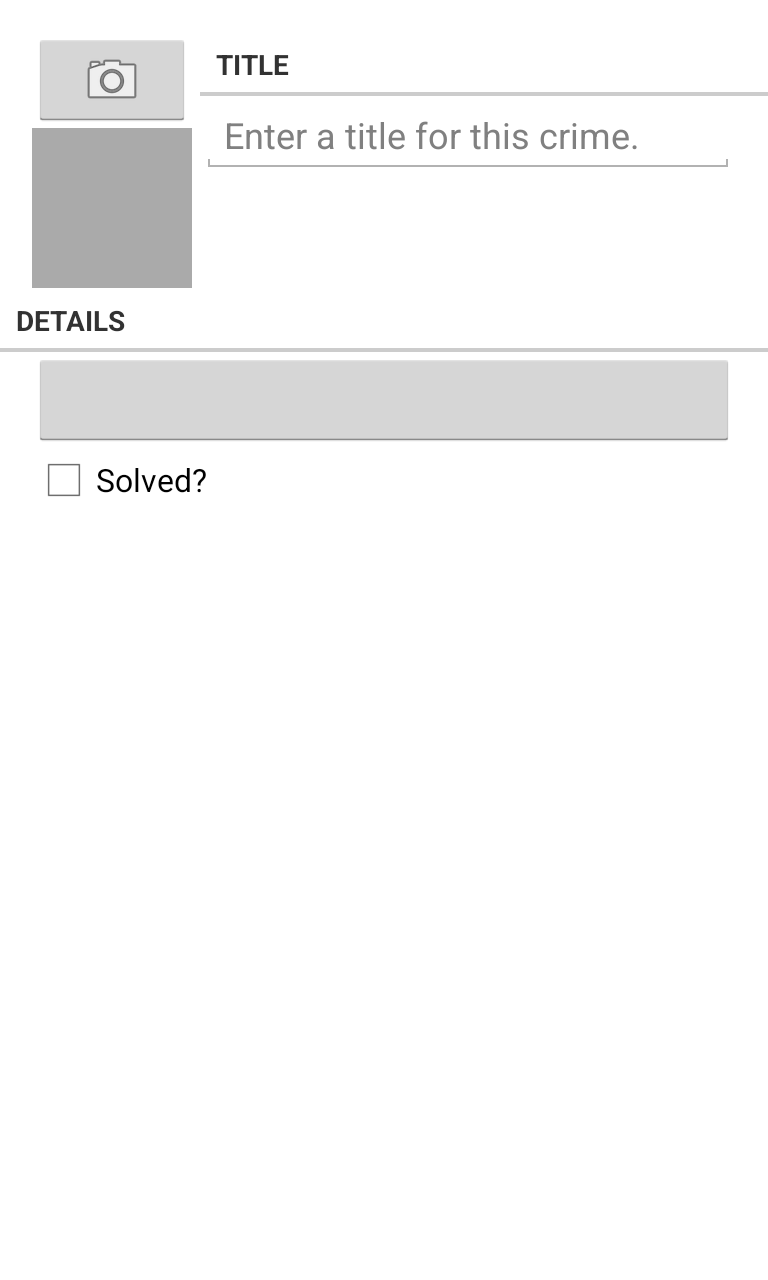
Repository: DaleJulian/CriminalIntent
Layout: CriminalIntent/res/layout/fragment_crime.xml
These files come from the project's save history. The layout is drawn as it stood at one moment and after the next save; the edit follows.
It is drawn on a 768 x 1280 px phone screen (xhdpi) without system bars, with theme AppTheme; the app's code is not run.

Above is the layout before, as saved 2015-06-01 09:05:47.

### CriminalIntent/res/layout/fragment_crime.xml
<?xml version="1.0" encoding="utf-8"?>
<LinearLayout xmlns:android="http://schemas.android.com/apk/res/android"
  android:layout_width="match_parent"
  android:layout_height="wrap_content"
  android:orientation="vertical"
  >
  <LinearLayout
    android:layout_width="fill_parent"
    android:layout_height="wrap_content"
    android:layout_marginLeft="16dp"
    android:layout_marginTop="16dp"
    >
    <LinearLayout
      android:layout_width="wrap_content"
      android:layout_height="wrap_content"
      android:orientation="vertical"
      android:layout_marginRight="4dp"
      >
      <ImageButton android:id="@+id/crime_imageButton"
        android:layout_width="match_parent"
        android:layout_height="wrap_content"
        android:src="@android:drawable/ic_menu_camera"
        />
       <ImageView
        android:id="@+id/crime_imageView"
        android:layout_width="80dp"
        android:layout_height="80dp"
		android:scaleType="centerInside"
		android:background="@android:color/darker_gray"
	    android:cropToPadding="true"></ImageView>
    </LinearLayout>
    <LinearLayout
      android:layout_width="wrap_content"
      android:layout_height="wrap_content"
      android:orientation="vertical"
      android:layout_weight="1"
      >
      <TextView
        android:layout_width="match_parent"
        android:layout_height="wrap_content"
        android:text="@string/crime_title_label"
        style="?android:listSeparatorTextViewStyle"
        />
      <EditText android:id="@+id/crime_title"
        android:layout_width="match_parent"
        android:layout_height="wrap_content"
        android:layout_marginRight="16dp"
        android:hint="@string/crime_title_hint"
        />
    </LinearLayout>
  </LinearLayout>
  <TextView
    android:layout_width="match_parent"
    android:layout_height="wrap_content"
    android:text="@string/crime_details_label"
    style="?android:listSeparatorTextViewStyle"
    />
  <Button android:id="@+id/crime_date"
    android:layout_width="match_parent"
    android:layout_height="wrap_content"
    android:layout_marginLeft="16dp"
    android:layout_marginRight="16dp"
    />
  <CheckBox android:id="@+id/crime_solved"
    android:layout_width="match_parent"
    android:layout_height="wrap_content"
    android:layout_marginLeft="16dp"
    android:layout_marginRight="16dp"
    android:text="@string/crime_solved_label"
    />
</LinearLayout>

### CriminalIntent/res/values/strings.xml
<?xml version="1.0" encoding="utf-8"?>
<resources>

  <string name="app_name">CriminalIntent</string>
  <string name="crime_title_hint">Enter a title for this crime.</string>
  <string name="crime_title_label">Title</string>
  <string name="crime_details_label">Details</string>
  <string name="crime_solved_label">Solved?</string>
  <string name="date_picker_title">Date of crime:</string>
  <string name="crimes_title">Crimes</string>
  <string name="new_crime">New Crime</string>
  <string name="show_subtitle">Show Subtitle</string>
  <string name="hide_subtitle">Hide Subtitle</string>
  <string name="subtitle">Sometimes tolerance is not a virtue.</string>
  <string name="delete_crime">Delete Crime</string>
  <string name="take">Take!</string>
  <string name="crime_suspect_text">Choose Suspect</string>
  <string name="crime_report_text">Send Crime Report</string>


</resources>

Loaded but not shown: CriminalIntent/res/values-v11/styles.xml (common file); CriminalIntent/res/values-v14/styles.xml (common file); CriminalIntent/res/values/styles.xml (common file)

After the next save:
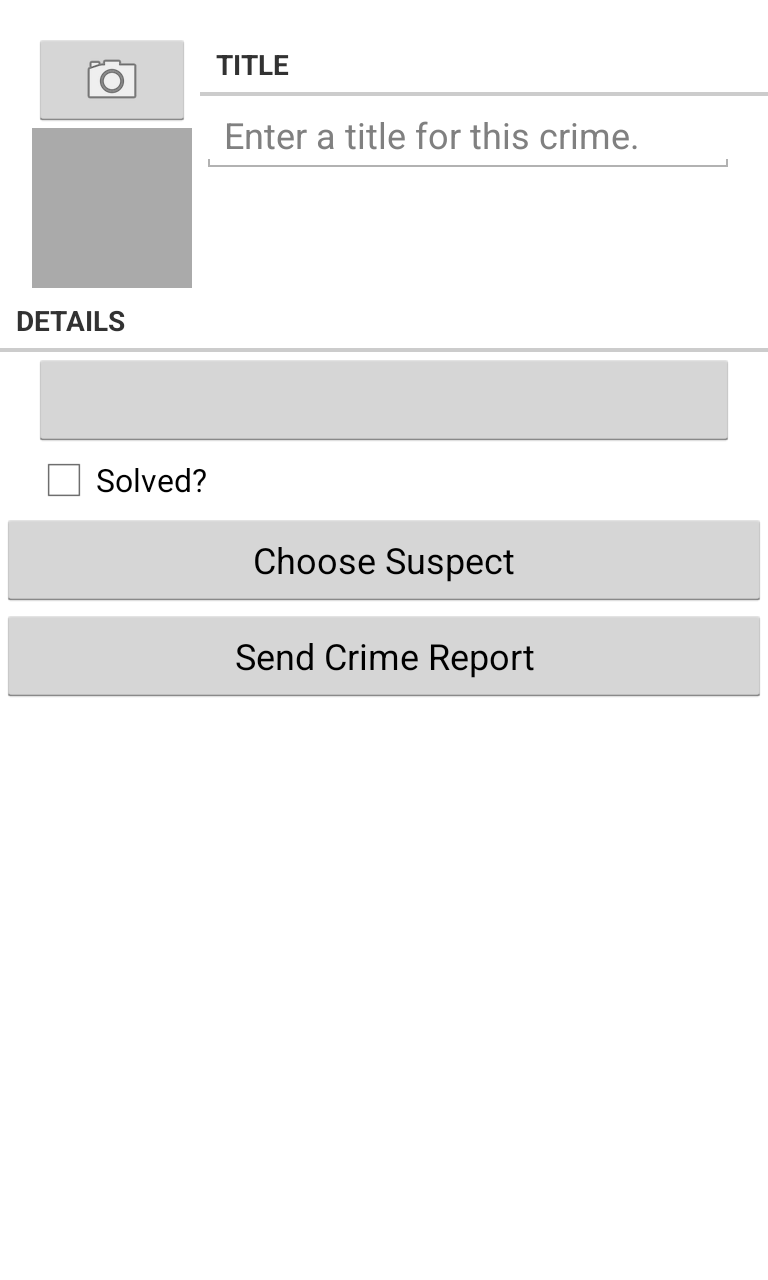
Saved 2 min 20 s later.
--- a/CriminalIntent/res/layout/fragment_crime.xml
+++ b/CriminalIntent/res/layout/fragment_crime.xml
@@ -68,4 +68,25 @@
     android:layout_marginRight="16dp"
     android:text="@string/crime_solved_label"
     />
+
+
+
+  <Button
+      android:id="@+id/crime_suspectButton"
+      android:layout_width="match_parent"
+      android:layout_height="wrap_content"
+      android:margin_left="16dp"
+	  android:margin_right="16dp"
+	  android:text="@string/crime_suspect_text"
+      />
+
+  <Button
+      android:id="@+id/crime_reportButton"
+      android:layout_width="match_parent"
+      android:layout_height="wrap_content"
+      android:margin_left="16dp"
+	  android:margin_right="16dp"
+	  android:text="@string/crime_report_text"
+      />
+
 </LinearLayout>
